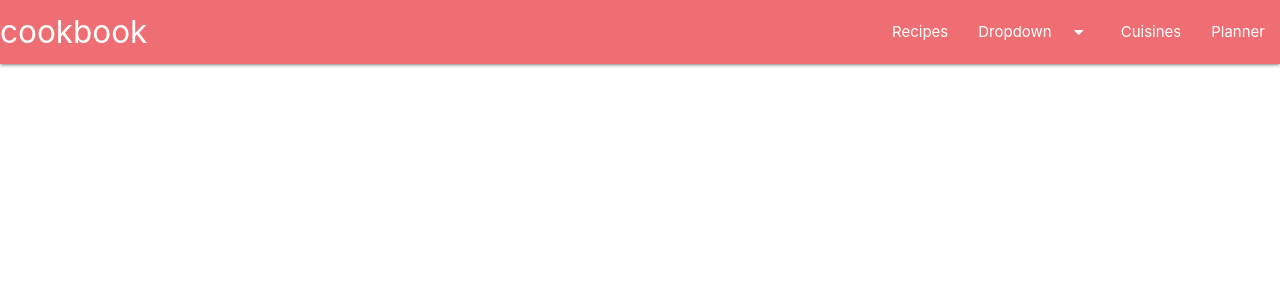
Repository: connor-blackburn/gutsy
Page: http://localhost/
The author's editor kept a record of every edit. The page is drawn from the files as they stood at one moment, then again after the next edit.
The browser window is 1280 px wide. The pictures show the whole page.
Some web libraries are served in a nearby version. The page is served by the project's application, run on Flask 3 (app.py). Queries for data that is not in the repository find no rows.

Above is the page before.

### templates/recipes.html
{% extends 'base.html' %} {% block content %} {% for recipe in recipes %}

<ul class="collapsible popout">
    <li>
        <div class="collapsible-header"><i class="material-icons">restaurant_menu</i>{{recipe.cuisine_name}} - {{recipe.dish_name}} - {{recipe.dish_difficulty}}</div>
        <div class="collapsible-body"><span>
            <h4>{{recipe.dish_name}}</4>
            <h5>Ingredients:</h5>
            <ul>
                <li>{{recipe.ingredient_1}}</li>
                <li>{{recipe.ingredient_2}}</li>
                <li>{{recipe.ingredient_3}}</li>
                <li>{{recipe.ingredient_4}}</li>
                <li>{{recipe.ingredient_5}}</li>
                <li>{{recipe.ingredient_6}}</li>
                <li>{{recipe.ingredient_7}}</li>
                <li>{{recipe.ingredient_8}}</li>
                <li>{{recipe.ingredient_9}}</li>
            </ul>
            <br/>
            <h5>Steps:</h5>
            <ul>
                <li>1. {{recipe.step_1}}</li><br/>
                <li>2. {{recipe.step_2}}</li><br/>
                <li>3. {{recipe.step_3}}</li><br/>
                <li>4. {{recipe.step_4}}</li><br/>
            </ul>
        </span></div>
    </li>
    <li>
        <div class="collapsible-header"><i class="material-icons">restaurant_menu</i>Second</div>
        <div class="collapsible-body"><span>Lorem ipsum dolor sit amet.</span></div>
    </li>
    <li>
        <div class="collapsible-header"><i class="material-icons">restaurant_menu</i>Third</div>
        <div class="collapsible-body"><span>Lorem ipsum dolor sit amet.</span></div>
    </li>
</ul>

{% endfor %}
{% endblock %}

### templates/base.html
<!DOCTYPE html>
<html>

<head>
    <link href="https://fonts.googleapis.com/icon?family=Material+Icons" rel="stylesheet">
    <link rel="stylesheet" href="https://cdnjs.cloudflare.com/ajax/libs/materialize/1.0.0/css/materialize.min.css">
</head>

<body>
    <header>
        <ul id="dropdown1" class="dropdown-content">
            <li><a href="#!">Search Recipes</a></li>
            <li class="divider"></li>
            <li><a href="#!">Create Recipes</a></li>
            <li class="divider"></li>
            <li><a href="#!">Edit Recipes</a></li>
        </ul>
        <ul id="dropdown2" class="dropdown-content">
            <li><a href="#!">Search Cuisines</a></li>
            <li class="divider"></li>
            <li><a href="#!">Create Cuisines</a></li>
            <li class="divider"></li>
            <li><a href="#!">Edit Cuisines</a></li>
        </ul>
        <nav>
            <div class="nav-wrapper">
                <a href="#!" class="brand-logo">cookbook</a>
                <ul class="right hide-on-med-and-down">
                                    <a href="#" data-target="mobile-demo" class="sidenav-trigger"><i class="material-icons">menu</i></a>

                    <li><a href="sass.html">Recipes</a></li>
                    <li><a class="dropdown-trigger" href="#!" data-target="dropdown2">Dropdown<i class="material-icons right">arrow_drop_down</i></a></li>
                    <li><a href="badges.html">Cuisines</a></li>
                    <li><a href="collapsible.html">Planner</a></li>
                </ul>
            </div>
        </nav>

        <ul class="sidenav" id="mobile-demo">
            <li><a href="sass.html">Sass</a></li>
            <li><a href="badges.html">Components</a></li>
            <li><a href="collapsible.html">Javascript</a></li>
            <li><a href="mobile.html">Mobile</a></li>
        </ul>
    </header>
    {% block content %} {% endblock %}

    <script src="https://cdnjs.cloudflare.com/ajax/libs/jquery/3.2.1/jquery.min.js"></script>
    <script src="https://cdnjs.cloudflare.com/ajax/libs/materialize/1.0.0/js/materialize.min.js"></script>
    <script type="text/javascript">
        $(document).ready(function() {
            $('.collapsible').collapsible();
            $('.sidenav').sidenav();
            $(".dropdown-trigger").dropdown();
        });
    </script>


</body>

</html>

### app.py
import os
from flask import Flask, render_template, redirect, request, url_for
from flask_pymongo import PyMongo
from bson.objectid import ObjectId

app = Flask(__name__)

app.config["MONGO_DBNAME"] = 'cookbook'
app.config["MONGO_URI"] = os.environ.get('MONGO_URI')

mongo = PyMongo(app)

@app.route('/')
@app.route('/get_recipes')
def hello():
    return render_template('recipes.html', recipes=mongo.db.recipes.find())

@app.route('/add_cuisine')
def add_cuisine():
    return render_template('addcuisine.html')
@app.route('/insert_cuisine', methods=['POST'])
def insert_cuisine():
    cuisine = mongo.db.cuisine
    cuisine.insert_one(request.form.to_dict())
    return redirect(url_for(''))

if __name__ == '__main__':
    app.run(host=os.environ.get('IP'),
        port=int(os.environ.get('PORT')),
        debug=True)

After the next edit:
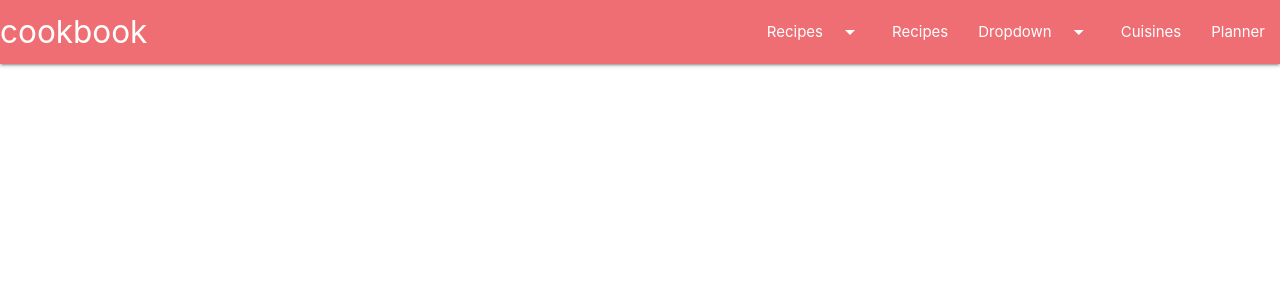
The edit:
--- a/templates/base.html
+++ b/templates/base.html
@@ -26,8 +26,7 @@
             <div class="nav-wrapper">
                 <a href="#!" class="brand-logo">cookbook</a>
                 <ul class="right hide-on-med-and-down">
-                                    <a href="#" data-target="mobile-demo" class="sidenav-trigger"><i class="material-icons">menu</i></a>
-
+                    <li><a class="dropdown-trigger" href="#!" data-target="dropdown2">Recipes<i class="material-icons right">arrow_drop_down</i></a></li>
                     <li><a href="sass.html">Recipes</a></li>
                     <li><a class="dropdown-trigger" href="#!" data-target="dropdown2">Dropdown<i class="material-icons right">arrow_drop_down</i></a></li>
                     <li><a href="badges.html">Cuisines</a></li>
